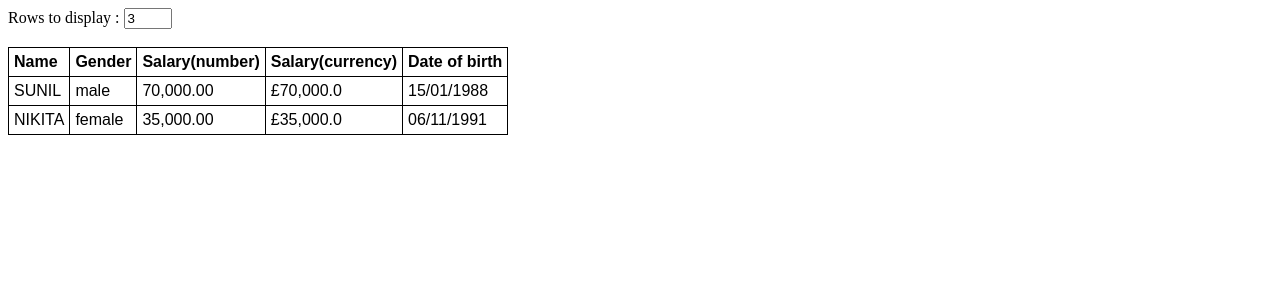
Repository: ammoreloaded/WebProjectFirst
Page: homework/WebProjectFirst/web/filterDemo.html
An editor plug-in stored every save of this project. The page is shown before and after the next save, followed by the edit.
The browser window is 1280 px wide. The pictures show the whole page.

Above is the page before, as saved 2016-05-19 15:23:44.

After the next save:
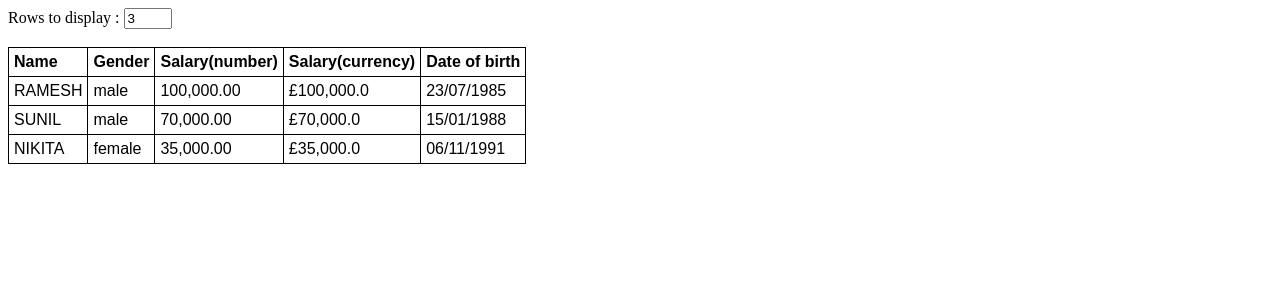
Saved 45 s later.
--- a/homework/WebProjectFirst/web/filterDemo.html
+++ b/homework/WebProjectFirst/web/filterDemo.html
@@ -19,7 +19,7 @@
 				</tr>
 			</thead>
 			<tbody>
-				<tr ng-repeat="employee in employees | limitTo : 3 : 2">
+				<tr ng-repeat="employee in employees | limitTo : 3 : 1">
 					<td>{{ employee.name | uppercase}}</td>
 					<td>{{ employee.gender | lowercase }}</td>
 					<td>{{ employee.salary | number : 2 }}</td>
